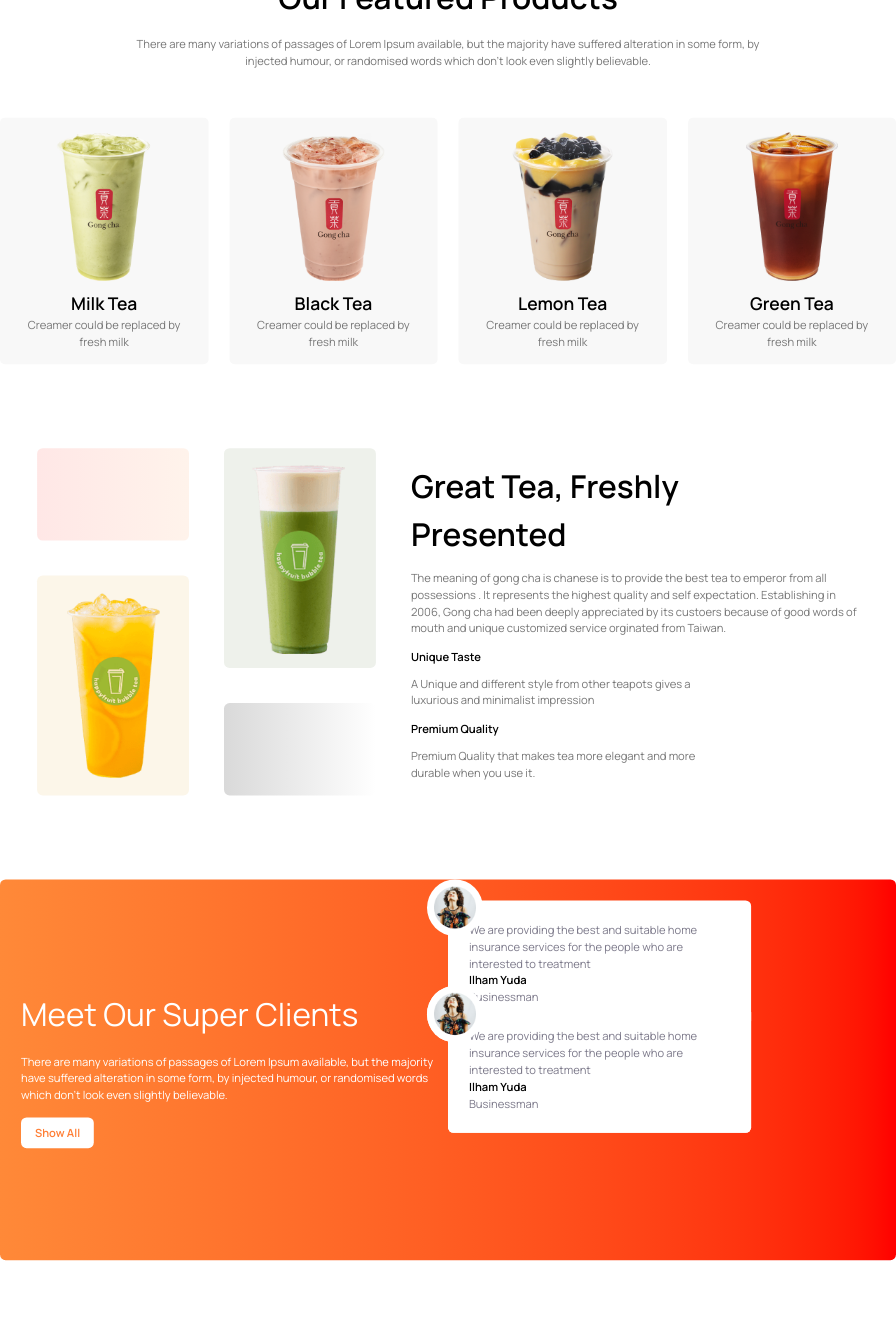
Repository: nahid-hasann/website-9
Page: index.html
These files come from the project's save history. The page is drawn as it stood at one moment and after the next save; the edit follows.
The browser window is 1280 px wide. The pictures show the part of the page from y = 796 to 2716 px (the page is 2716 px tall), at 70% of full size.
Some web libraries are served in a nearby version.

Above is the page before, as saved 2025-08-17 18:08:04.

### index.html
<!DOCTYPE html>
<html lang="en">
<head>
    <meta charset="UTF-8">
    <meta name="viewport" content="width=device-width, initial-scale=1.0">
    <title>Tea House</title>
    <script src="https://cdn.jsdelivr.net/npm/@tailwindcss/browser@4"></script>
    <link rel="stylesheet" href="style.css">
    <link rel="stylesheet" href="https://cdnjs.cloudflare.com/ajax/libs/font-awesome/7.0.0/css/all.min.css" integrity="sha512-DxV+EoADOkOygM4IR9yXP8Sb2qwgidEmeqAEmDKIOfPRQZOWbXCzLC6vjbZyy0vPisbH2SyW27+ddLVCN+OMzQ==" crossorigin="anonymous" referrerpolicy="no-referrer" />

</head>
<body class="manrope-font">

<section class="banner-main-section max-w-[1300px]  flex flex-col md:flex-row  mx-auto  justify-between items-center">
    <div class="left-div">
        <h1 class="md:text-[80px] font-semibold text-[40px]">It's good <br> tea time at The <br> Tea House</h1>
        <p class="text-[18px] text-[#777777]">Tea and Botanical Solutions Supplier Give Optimum <br> Satisfaction To Your Taste Buds.</p>
        <button class="bg-[#ff2710] text-[#fff3f1] btn-1 bg-gradient-to-r from-[#FF8938] to-[#FF0000]">Explor More <i class="fa-solid fa-arrow-right -rotate-45"></i> </button>
    </div>
    <div class="right-div relative">
        <img src="images/banner.png" alt="">
        <div class="ratting bg-[#ffffff] shadow-2xl flex gap-2 items-center w-[230px] justify-center py-[15px] absolute bottom-[25px] left-[110px] rounded-[8px]">
              <div>
                <i class="fa-solid fa-star text-yellow-500 text-[23px]"></i>
              </div>
              <div>
                <h1 class="font-bold text-[23px]">5.00</h1>
                <p class="text-[#777777]">Trust Pilot Ratings</p>
              </div>
        </div>
    </div>
</section>

<section class="featured-section max-w-[1300px]  mx-auto my-[120px]">
     <div class="futured-text">
         <h1 class="md:text-[45px] text-[30px] font-semibold text-center">Our Featured Products</h1>
         <p class="text-[16px] text-[#777777] text-center my-[20px] md:w-[900px] mx-auto">There are many variations of passages of Lorem Ipsum available, but the majority have suffered alteration in some form, by injected humour, or randomised words which don't look even slightly believable. </p>
     </div>
     <div class="product-card flex flex-col md:flex-row gap-[30px] justify-center items-center ">
        <div class="card">
             <img src="images/tea-1.png" alt="">
             <h1>Milk Tea</h1>
             <p>Creamer could be replaced by fresh milk</p>
        </div>
        <div class="card">
             <img src="images/tea-2.png" alt="">
             <h1>Black Tea</h1>
             <p>Creamer could be replaced by fresh milk</p>
        </div>
        <div class="card">
             <img src="images/tea-3.png" alt="">
             <h1>Lemon Tea</h1>
             <p>Creamer could be replaced by fresh milk</p>
        </div>
        <div class="card">
             <img src="images/tea-4.png" alt="">
             <h1>Green Tea</h1>
             <p>Creamer could be replaced by fresh milk</p>
        </div>
     </div>
</section>

<section class="great-tea-section max-w-[1300px] mx-auto mb-[120px]">
    <div class="great-tea-main-section flex flex-col justify-center items-center md:flex-row gap-[50px]">
        <div class="div-left grid grid-cols-1 md:grid-cols-2  grid-rows-3 gap-[50px] max-w-[50%] ">
             <div class="grid-layout  bg-gradient-to-r from-[#ffe7e6] to-[#fff3eb] rounded-lg"></div>
             <div class="grid-layout row-span-2 bg-[#eef1eb] p-5 flex justify-center items-center rounded-lg">
                <img src="images/fresh-2.png" alt=""></div>
             <div class="grid-layout row-span-2 bg-[#fcf6e9] p-5 flex justify-center items-center rounded-lg" >
                <img src="images/fresh-1.png" alt=""></div>
             <div class="grid-layout bg-gradient-to-r from-[#D9D9D9] to-[#FFFFFF] rounded-lg"></div>
        </div>
        <div class="div-right max-w-[50%]">
           <h1 class="text-[45px] font-semibold text-center md:text-left">Great Tea, Freshly <br> Presented</h1>
           <p class="text-[16px] text-[#777777] my-[17px] text-center md:text-left">The meaning of gong cha is chanese is to provide the best tea to emperor from all possessions . It represents the highest quality and self expectation. Establishing in 2006, Gong cha had been deeply appreciated by its custoers  because of good words of mouth and unique customized service orginated from Taiwan.</p>
           <h4 class="text-[20px ] font-semibold mb-[14px] text-center md:text-left">Unique Taste</h4>
           <p class="mb-[17px] text-[#777777] text-center md:text-left">A Unique and different style from other teapots gives a <br> luxurious and minimalist impression</p>
           <h4 class="text-[20px ] font-semibold mb-[14px] text-center md:text-left">Premium Quality</h4>
           <p class="text-[#777777] text-center md:text-left">Premium Quality that makes tea more elegant and more <br> durable when you use it.</p>
        </div>
    </div>
</section>

<section class="review-section max-w-[1300px] bg-gradient-to-r from-[#FF8938] to-[#FF0000] mx-auto p-[30px] rounded-lg mb-[120px]       max-h-[650px]">
     <div class="review-section-main-div grid grid-cols-2">
        <div class="left-review-text my-[130px]">
         <h1 class=" text-[45px] text-white">Meet Our Super Clients</h1>
         <p class="text-[16px] text-white my-[20px]">There are many variations of passages of Lorem Ipsum available, but the majority have suffered alteration in some form, by injected humour, or randomised words which don't look even slightly believable. </p>
         <button class="btn-2 bg-white text-[#ff7d33] py-[10px] px-[20px] rounded-lg font-semibold">Show All</button>
        </div>
        <div class="right-review-card relative grid items-center justify-center">
            <div class="review-card bg-white p-[30px] max-w-[433px] absolute grid justify-center items-center rounded-lg">
                <p class="text-[#7c798a]">We are providing the best and suitable home insurance services for the people who are interested to treatment</p>
            <h4 class="font-semibold">Ilham Yuda</h4>
            <p class="text-[#7c798a]">Businessman</p>
            <div class="review-img absolute -top-[30px] -left-[30px] bg-white p-[10px] rounded-[50%]">
                <img src="images/client.png" alt="">
            </div>
            </div>
            <div class="review-card bg-white p-[30px] max-w-[433px] absolute grid justify-center items-center rounded-lg top-[0px]">
                <p class="text-[#7c798a]">We are providing the best and suitable home insurance services for the people who are interested to treatment</p>
            <h4 class="font-semibold">Ilham Yuda</h4>
            <p class="text-[#7c798a]">Businessman</p>
            <div class="review-img absolute -top-[30px] -left-[30px] bg-white p-[10px] rounded-[50%]">
                <img src="images/client.png" alt="">
            </div>
            </div>
            <div class="review-card bg-white p-[30px] max-w-[433px] absolute grid justify-center items-center rounded-lg">
                <p class="text-[#7c798a]">We are providing the best and suitable home insurance services for the people who are interested to treatment</p>
            <h4 class="font-semibold">Ilham Yuda</h4>
            <p class="text-[#7c798a]">Businessman</p>
            <div class="review-img absolute -top-[30px] -left-[30px] bg-white p-[10px] rounded-[50%]">
                <img src="images/client.png" alt="">
            </div>
            </div>
        </div>
     </div>
</section>





<script>
  if ('scrollRestoration' in history) {
    history.scrollRestoration = 'manual';
  }
  window.addEventListener('beforeunload', () => {
    localStorage.setItem('scrollX', String(window.scrollX));
    localStorage.setItem('scrollY', String(window.scrollY));
  });
  window.addEventListener('load', () => {
    const x = Number(localStorage.getItem('scrollX') || 0);
    const y = Number(localStorage.getItem('scrollY') || 0);
    window.scrollTo(x, y);
  });
</script>
</body>
</html>

### style.css
@import url('https://fonts.googleapis.com/css2?family=Manrope:wght@200..800&display=swap');


.manrope-font{
    font-family: "Manrope", sans-serif;
}

.banner-main-section{
    margin: 120px auto;
}

.left-div p{
    margin: 30px 0;
}

.btn-1{
    padding: 10px 22px;
    border-radius: 7px;
}

.card{
    background-color: #f8f8f8;
    display: flex;
    flex-direction: column;
    justify-content: center;
    align-items: center;
    padding: 20px 20px;
    border-radius: 7px;
    margin-top: 50px;
}

.card h1{
    font-size: 25px;
    font-weight: 600;
    margin-top: 14px;
}

.card p{
    font-size: 16px;
    color: #777777;
    text-align: center;
}

After the next save:
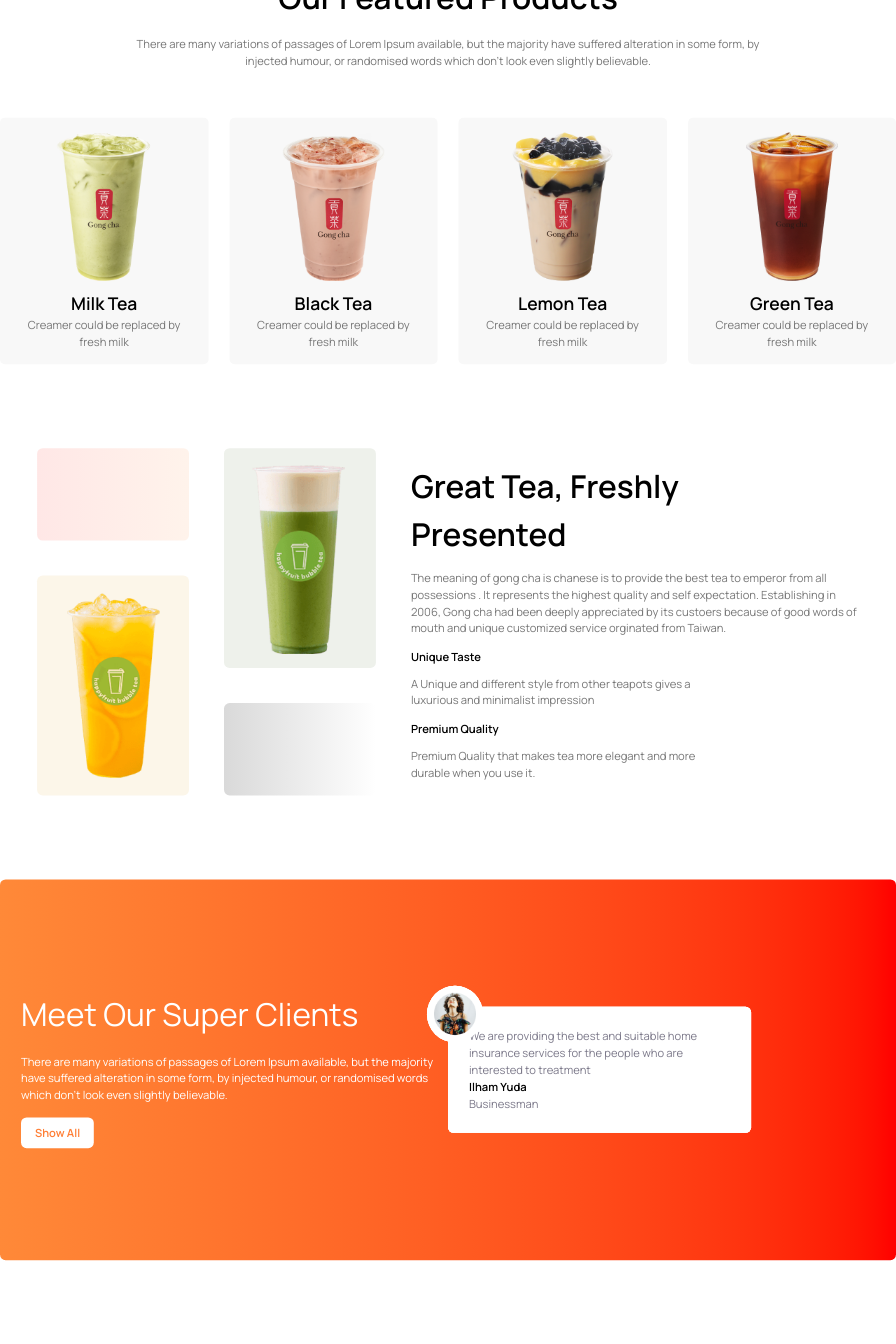
Saved 7 s later.
--- a/index.html
+++ b/index.html
@@ -97,7 +97,7 @@
                 <img src="images/client.png" alt="">
             </div>
             </div>
-            <div class="review-card bg-white p-[30px] max-w-[433px] absolute grid justify-center items-center rounded-lg top-[0px]">
+            <div class="review-card bg-white p-[30px] max-w-[433px] absolute grid justify-center items-center rounded-lg top-[px]">
                 <p class="text-[#7c798a]">We are providing the best and suitable home insurance services for the people who are interested to treatment</p>
             <h4 class="font-semibold">Ilham Yuda</h4>
             <p class="text-[#7c798a]">Businessman</p>
